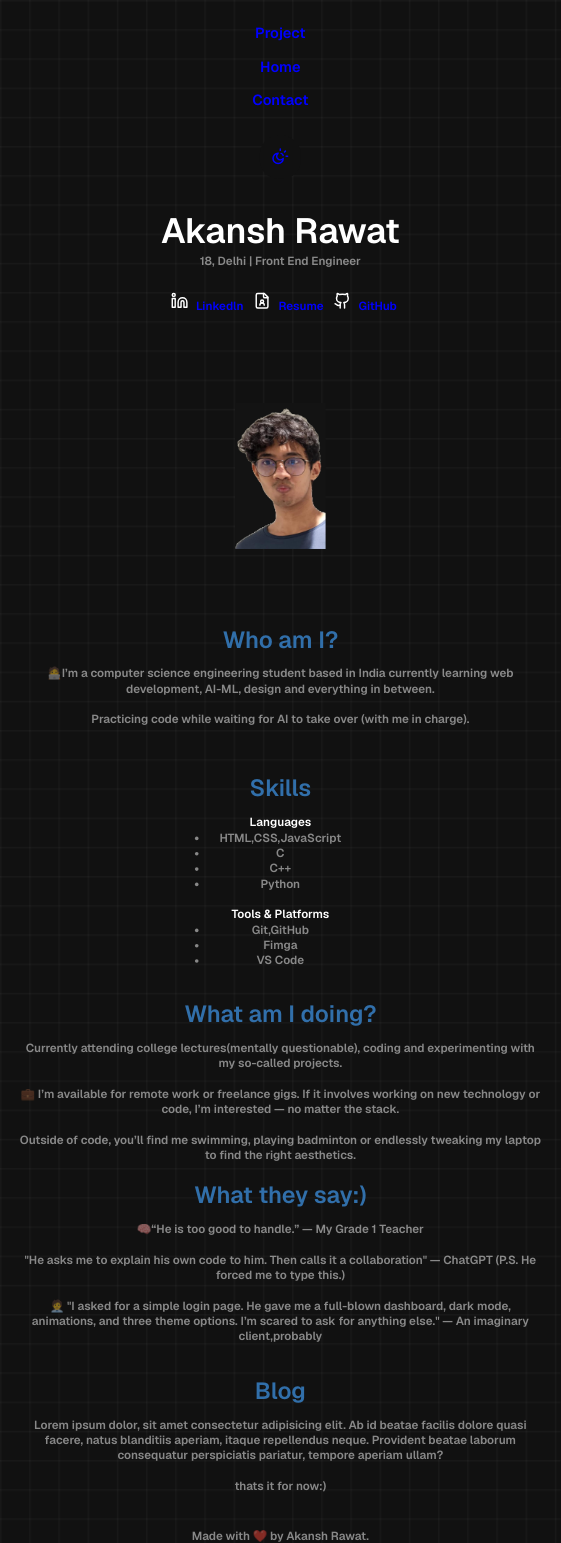
Repository: wakkawakka3/akansh-portfolio
Page: index.html
An editor plug-in stored every save of this project. The page is shown before and after the next save, followed by the edit.
The browser window is 768 px wide. The pictures show the whole page, at 73% of full size.

Above is the page before, as saved 2025-07-14 18:41:02.

### index.html
<!DOCTYPE html>
<html lang="en">
  <head>
    <meta charset="UTF-8" />
    <meta name="viewport" content="width=device-width, initial-scale=1.0" />
    <title>Akansh Rawat</title>
    <link rel="stylesheet" href="style.css" />

    <link
      rel="stylesheet"
      href="https://cdnjs.cloudflare.com/ajax/libs/font-awesome/6.5.0/css/all.min.css"
    />
  </head>

  <body>
    <nav>
      <div class="navigation">
        <a href="project.html"> Project </a>
        <a href="index.html"> Home </a>
        <a href="contact.html"> Contact </a>
      </div>

      <div class="theme">
        <button>
          <svg
            xmlns="http://www.w3.org/2000/svg"
            width="24"
            height="24"
            viewBox="0 0 24 24"
            fill="none"
            stroke="currentColor"
            stroke-width="2"
            stroke-linecap="round"
            stroke-linejoin="round"
            class="lucide lucide-sun-moon-icon lucide-sun-moon"
          >
            <path d="M12 2v2" />
            <path d="M13 8.129A4 4 0 0 1 15.873 11" />
            <path d="m19 5-1.256 1.256" />
            <path d="M20 12h2" />
            <path d="M9 8a5 5 0 1 0 7 7 7 7 0 1 1-7-7" />
          </svg>
        </button>
      </div>
    </nav>

    <header>
      <h1>Akansh Rawat</h1>
      <p>18, Delhi | Front End Engineer</p>

      <div class="links">
        <a href="https://www.linkedin.com/in/akansh-rawat/" target="_blank">
          <svg
            xmlns="http://www.w3.org/2000/svg"
            width="24"
            height="24"
            viewBox="0 0 24 24"
            fill="none"
            stroke="white"
            stroke-width="2"
            stroke-linecap="round"
            stroke-linejoin="round"
            class="lucide lucide-linkedin-icon lucide-linkedin"
            style="margin: 0 10px"
          >
            <path
              d="M16 8a6 6 0 0 1 6 6v7h-4v-7a2 2 0 0 0-2-2 2 2 0 0 0-2 2v7h-4v-7a6 6 0 0 1 6-6z"
            />
            <rect width="4" height="12" x="2" y="9" />
            <circle cx="4" cy="4" r="2" />
          </svg>Linkedln
        </a>

        <a
          href="https://docs.google.com/document/d/1LXMpsQHbVlNELlHlzmizmCAFg_KoqvC19dNGiKBRQNE/edit?usp=sharing"
          target="_blank"
        >
          <svg
            xmlns="http://www.w3.org/2000/svg"
            width="24"
            height="24"
            viewBox="0 0 24 24"
            fill="none"
            stroke="white"
            stroke-width="2"
            stroke-linecap="round"
            stroke-linejoin="round"
            class="lucide lucide-file-user-icon lucide-file-user"
            style="margin: 0 10px"
          >
            <path d="M14 2v4a2 2 0 0 0 2 2h4" />
            <path d="M15 18a3 3 0 1 0-6 0" />
            <path
              d="M15 2H6a2 2 0 0 0-2 2v16a2 2 0 0 0 2 2h12a2 2 0 0 0 2-2V7z"
            />
            <circle cx="12" cy="13" r="2" />
          </svg>Resume
        </a>

        <a href="https://github.com/akansh5" target="_blank">
          <svg
            xmlns="http://www.w3.org/2000/svg"
            width="24"
            height="24"
            viewBox="0 0 24 24"
            fill="none"
            stroke="white"
            stroke-width="2"
            stroke-linecap="round"
            stroke-linejoin="round"
            class="lucide lucide-github-icon lucide-github"
            style="margin: 0 10px"
          >
            <path
              d="M15 22v-4a4.8 4.8 0 0 0-1-3.5c3 0 6-2 6-5.5.08-1.25-.27-2.48-1-3.5.28-1.15.28-2.35 0-3.5 0 0-1 0-3 1.5-2.64-.5-5.36-.5-8 0C6 2 5 2 5 2c-.3 1.15-.3 2.35 0 3.5A5.403 5.403 0 0 0 4 9c0 3.5 3 5.5 6 5.5-.39.49-.68 1.05-.85 1.65-.17.6-.22 1.23-.15 1.85v4"
            />
            <path d="M9 18c-4.51 2-5-2-7-2" />
          </svg>GitHub
        </a>
      </div>
    </header>

    <main>
      <div class="grid-container">
        <div class="image">
          <img src="attachments/profile-photo.jpg" />
        </div>

        <div class="introduction">
          <h2>Who am I?</h2>
          <p>
            🧑‍💻I’m a computer science engineering student based in India currently learning web development,
            AI-ML, design and everything in between.
            <br /><br />
            Practicing code while waiting for AI to take over (with me in
            charge).
          </p>
        </div>

        <div class="skills">
          <h2>Skills</h2>
          Languages
          <ul>
            <li>HTML,CSS,JavaScript</li>
            <li>C</li>
            <li>C++</li>
            <li>Python</li>
          </ul>
          <br />
          Tools & Platforms
          <ul>
            <li>Git,GitHub</li>
            <li>Fimga</li>
            <li>VS Code</li>
          </ul>
        </div>

        <div class="working">
          <h2>What am I doing?</h2>
          <p>
            Currently attending college lectures(mentally questionable),
            coding and experimenting with my so-called projects.
            <br /><br />
            💼 I’m available for remote work or freelance gigs. If it involves
            working on new technology or code, I’m interested — no matter the
            stack. <br /><br />
            Outside of code, you’ll find me swimming, playing badminton or
            endlessly tweaking my laptop to find the right aesthetics.
          </p>
        </div>

        <div class="testimonial">
          <h2>What they say:)</h2>
          <p>🧠“He is too good to handle.” — My Grade 1 Teacher</p>
          <br />
          <p>
            "He asks me to explain his own code to him. Then calls it a
            collaboration" — ChatGPT (P.S. He forced me to type this.)
          </p>
          <br />
          <p>
            🧑‍💼 "I asked for a simple login page. He gave me a full-blown
            dashboard, dark mode, animations, and three theme options. I’m
            scared to ask for anything else." — An imaginary client,probably
          </p>
        </div>
        <div class="blog">
          <h2>Blog</h2>
          <p>
            Lorem ipsum dolor, sit amet consectetur adipisicing elit. Ab id
            beatae facilis dolore quasi facere, natus blanditiis aperiam, itaque
            repellendus neque. Provident beatae laborum consequatur perspiciatis
            pariatur, tempore aperiam ullam?
            <br /><br />
            thats it for now:)
          </p>
        </div>
      </div>
    </main>

    <footer>
      <div class="footer-content">
        <p>Made with ❤️ by Akansh Rawat.</p>
      </div>
    </footer>
  </body>
</html>

### style.css
@font-face {
  font-family: "Geist-SemiBold";
  src: url("attachments/geist-font-1.5.0/fonts/Geist/otf/Geist-SemiBold.otf");
  font-weight: normal;
  font-style: normal;
}

* {
  margin: 0;
  padding: 0;
  box-sizing: border-box;
}

html,
body {
  height: 100%;
  display: flex;
  flex-direction: column;
  font-size: 16px;
  font-family: "Geist-SemiBold", sans-serif;
  background-color: #111;
  background-image: linear-gradient(
      to right,
      rgba(255, 255, 255, 0.03) 1px,
      transparent 3px
    ),
    linear-gradient(to bottom, rgba(255, 255, 255, 0.03) 1px, transparent 3px);
  background-size: 2.5rem 2.5rem;
  color: white;
}

h1 {
  display: inline-block;
  margin: 0 auto;
  text-align: center;
  font-size: 3rem;
  size-adjust: normal;
}

h1:hover {
  color: yellow;
  transition: color 1s ease;
}

h2 {
  font-size: 2rem;
  margin-bottom: 1rem;
  color: rgb(49, 111, 170);
}

p,
ul {
  font-size: 1rem;
  color: rgba(255, 255, 255, 0.5);
}

header {
  text-align: center;
  padding: 1.25rem;
}

nav {
  size: 2rem;
  display: flex;
  justify-content: space-between;
  align-items: center;
  flex-wrap: wrap;
  padding: 1rem;
  font-size: 1.25rem;
}

a {
  size: 2rem;
  color: blue;
  text-decoration: none;
  background-color: transparent;
}

a:hover {
  color: red;
  transition: color 1s ease;
}

nav button {
  background-color: #111;
  margin: 0.25rem;
  padding: 1rem;
}

.navigation {
  display: flex;
  padding: 1rem;
  gap: 1.25rem;
}

.theme {
  display: flex;
  align-items: center;
  justify-content: center;
}

.theme :hover {
  color: red;
  transition: color 1s ease;
}

footer {
  font-size: 1rem;
  margin: 2rem;
  text-align: center;
}

.footer-content {
  color: #8b8b8b8b;
  display: flex;
  flex-direction: column;
  margin: 2rem 0px 0px 0px;
  align-items: center;
  justify-content: center;
}

button {
  background-color: transparent;
  color: blue;
  padding: 0.625rem 1.25rem;
  border-radius: 1.5625rem;
  border: none;
  cursor: pointer;
}

.links {
  margin-top: 2rem;
}

.grid-container {
  display: grid;
  grid-template-columns: repeat(auto-fit, minmax(15rem, 1fr));
  gap: 1.5rem;
  justify-content: center;
  height: 100%;
  margin: 2.5rem auto 0;
  width: 100%;
  max-width: 45rem;
}

.grid-container .image {
  display: flex;
  justify-content: center;
  align-items: center;
  min-width: 15rem;
  min-height: 20rem;
  max-width: 100%;
  max-height: 100%;
  border-radius: 1rem;
  overflow: hidden;
}

.introduction,
.skills,
.blog,
.message,
.socials,
.location,
.project-1,
.project-2 {
  background-color: #1a1a1a;
  padding: 1.25rem;
  border: 0.125rem solid white;
  border-radius: 0.625rem;
  min-height: 20rem;
  min-width: 15rem;
  overflow: auto;
}

.image img {
  width: 100%;
  height: auto;
  max-height: 200px;
  object-fit: contain;
  border-radius: 1rem;
  display: block;
  margin: 0 auto;
}

@media (max-width: 768px) {
  .grid-container {
    grid-template-columns: 1fr;
    place-items: center;
    gap: 16px;
  }

  .image,
  .introduction,
  .skills,
  .working,
  .testimonial,
  .blog {
    border: none;
    max-width: 100%;
    min-height: auto;
    background-color: transparent;
    text-align: center;
  }

  nav {
    flex-direction: column;
    gap: 0.5rem;
    align-items: center;
  }

  .navigation {
    flex-direction: column;
    align-items: center;
  }

  .theme {
    margin-top: 0.5rem;
  }
}

After the next save:
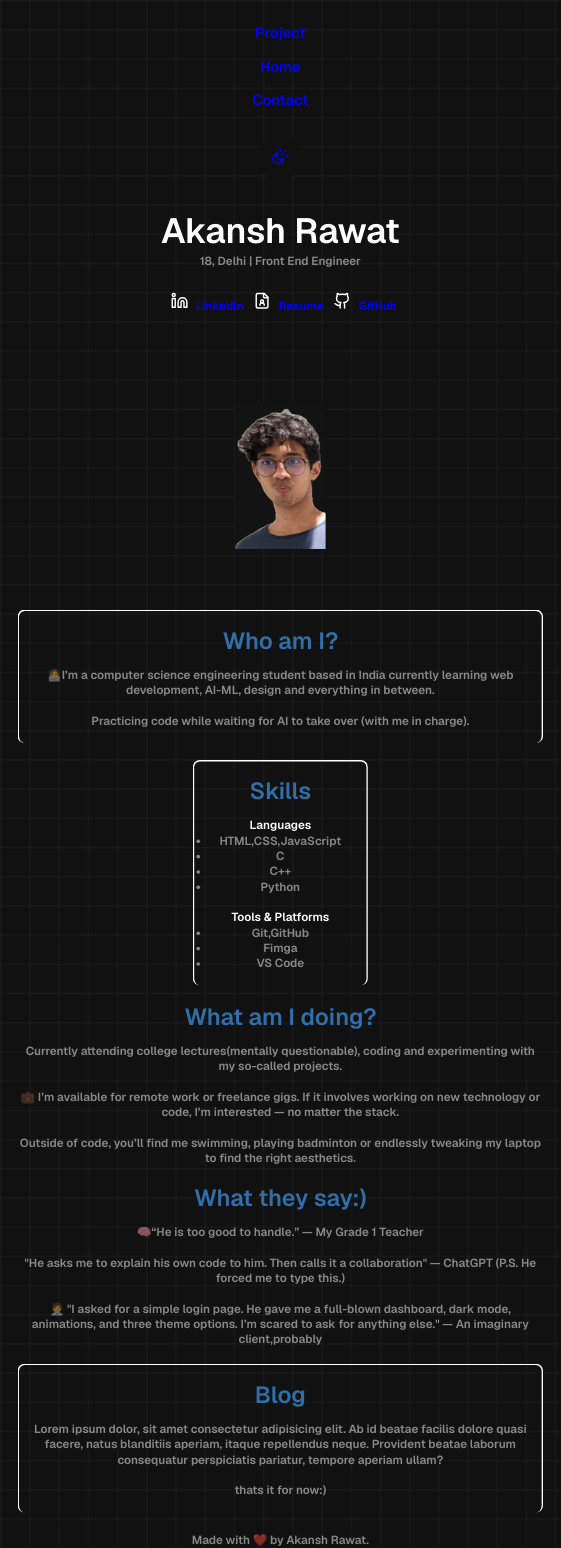
Saved 26 s later.
--- a/style.css
+++ b/style.css
@@ -195,7 +195,7 @@
   .working,
   .testimonial,
   .blog {
-    border: none;
+    border-bottom: none;
     max-width: 100%;
     min-height: auto;
     background-color: transparent;

After the save that followed:
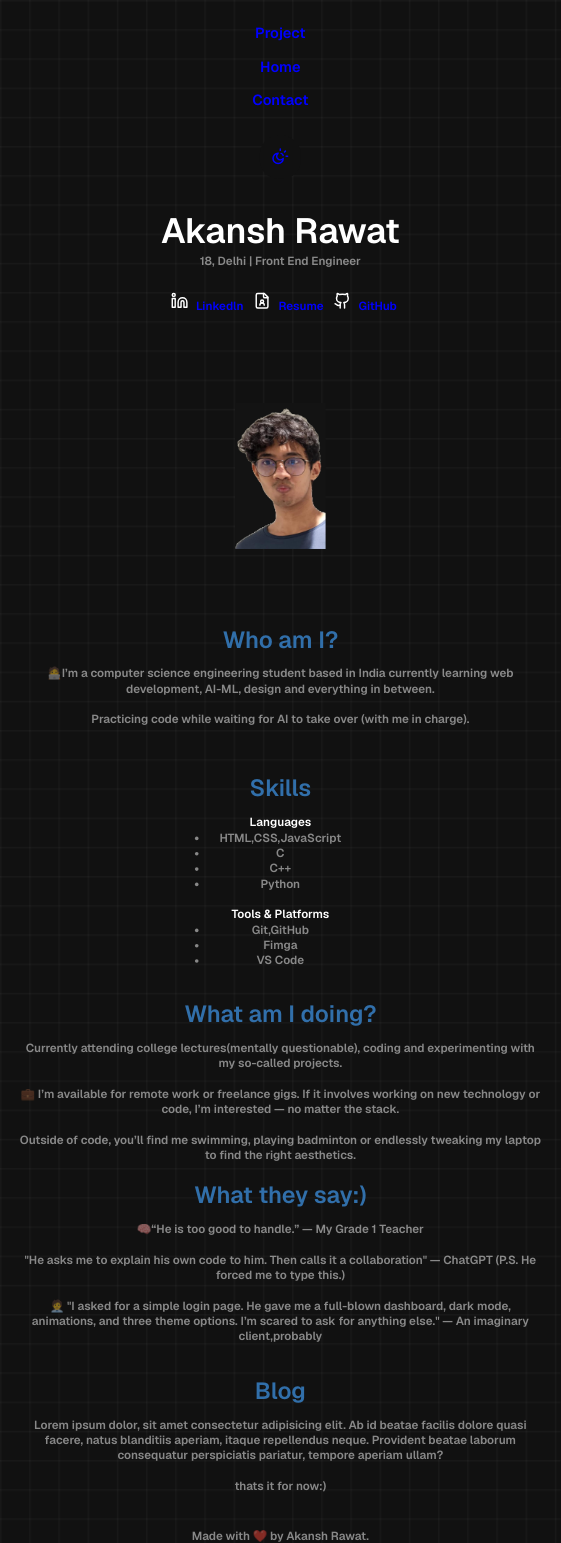
Saved 11 s later.
--- a/style.css
+++ b/style.css
@@ -195,7 +195,7 @@
   .working,
   .testimonial,
   .blog {
-    border-bottom: none;
+    border: none;
     max-width: 100%;
     min-height: auto;
     background-color: transparent;
